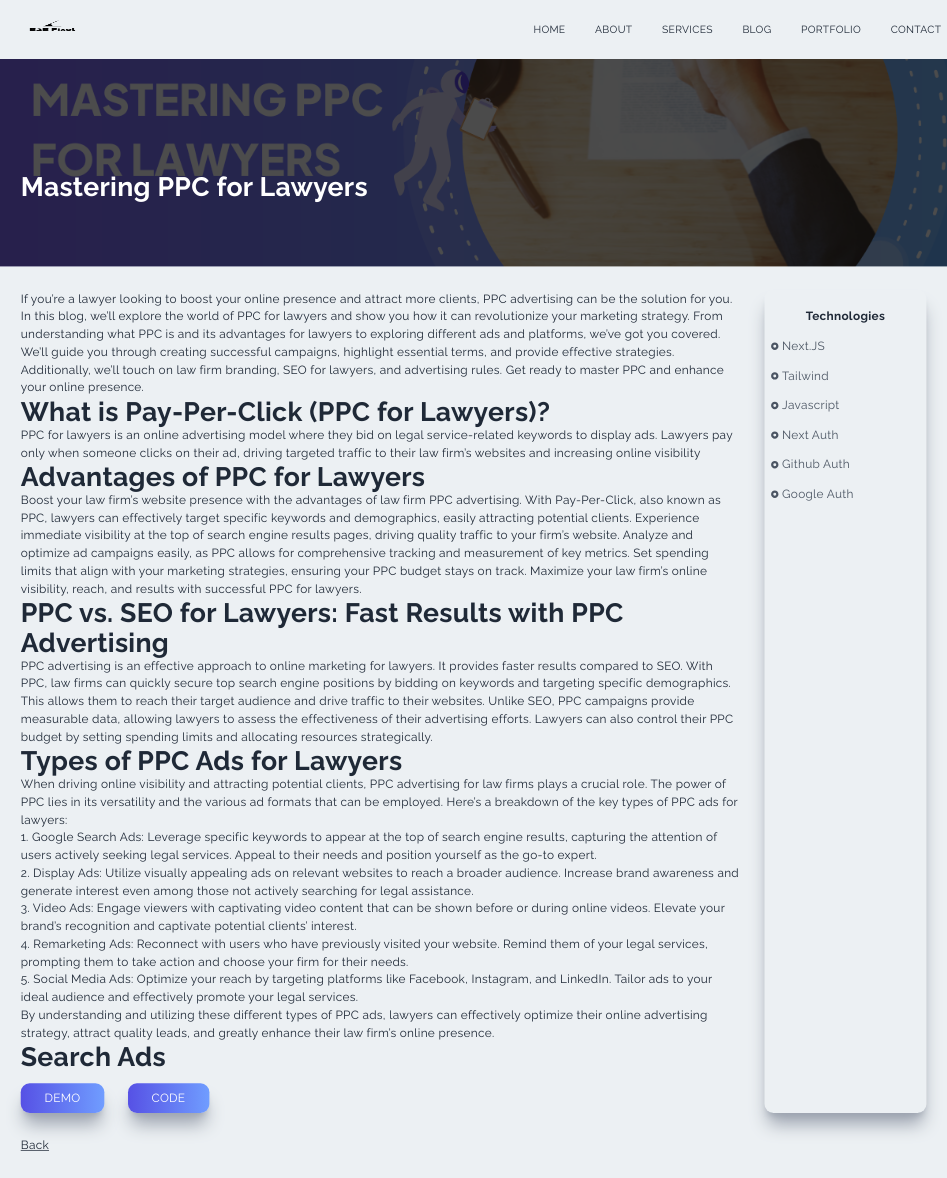
Repository: DID0101/nextjs.b2b
Page: /twitch
An editor plug-in stored every save of this project. The page is shown before and after the next save, followed by the edit.
The browser window is 1280 px wide. The pictures show the whole page, at 74% of full size.
The project was rebuilt for these pictures with package versions that can differ from the ones it lists, and the page was loaded fresh each time. The framework's server and built-in components were replaced by stand-ins that run in the browser. Also part of the build but not shown: next.config.js.

Above is the page before, as saved 2024-01-22 04:17:40.

### pages/twitch.jsx
import Image from 'next/image';
import React from 'react';
import twitchImg from '../public/assets/projects/twitch.jpg';
import { RiRadioButtonFill } from 'react-icons/ri';
import Link from 'next/link';

const twitch = () => {
  return (
    <div className='w-full'>
      <div className='w-screen h-[50vh] relative'>
        <div className='absolute top-0 left-0 w-full h-[50vh] bg-black/70 z-10' />
        <Image
          className='absolute z-1'
          layout='fill'
          objectFit='cover'
          src={twitchImg}
          alt='/'
        />
        <div className='absolute top-[70%] max-w-[1240px] w-full left-[50%] right-[50%] translate-x-[-50%] translate-y-[-50%] text-white z-10 p-2'>
          <h2 className='py-2'>Mastering PPC for Lawyers</h2>
          {/* <h3>Next JS / Tailwind / Next Auth</h3> */}
        </div>
      </div>

      <div className='max-w-[1240px] mx-auto p-2 grid md:grid-cols-5 gap-8 py-8'>
        <div className='col-span-4'>
          {/* <p>Project</p> */}
          {/* <h2>Overview</h2> */}
          <p>
          If you’re a lawyer looking to boost your online presence and attract more clients, PPC advertising can be the solution for you. In this blog, we’ll explore the world of PPC for lawyers and show you how it can revolutionize your marketing strategy. From understanding what PPC is and its advantages for lawyers to exploring different ads and platforms, we’ve got you covered. We’ll guide you through creating successful campaigns, highlight essential terms, and provide effective strategies. Additionally, we’ll touch on law firm branding, SEO for lawyers, and advertising rules. Get ready to master PPC and enhance your online presence.
          </p>
          <p> </p>
          <h2>What is Pay-Per-Click (PPC for Lawyers)?</h2>
          <p> </p>
          <p>PPC for lawyers is an online advertising model where they bid on legal service-related keywords to display ads. Lawyers pay only when someone clicks on their ad, driving targeted traffic to their law firm’s websites and increasing online visibility</p>
          <p></p>
          <h2>Advantages of PPC for Lawyers</h2>
          <p> </p>
          <p>Boost your law firm’s website presence with the advantages of law firm PPC advertising. With Pay-Per-Click, also known as PPC, lawyers can effectively target specific keywords and demographics, easily attracting potential clients. Experience immediate visibility at the top of search engine results pages, driving quality traffic to your firm’s website. Analyze and optimize ad campaigns easily, as PPC allows for comprehensive tracking and measurement of key metrics. Set spending limits that align with your marketing strategies, ensuring your PPC budget stays on track. Maximize your law firm’s online visibility, reach, and results with successful PPC for lawyers.</p>
          <p> </p>
            <h2>PPC vs. SEO for Lawyers: Fast Results with PPC Advertising</h2>
            <p></p>
            <p>PPC advertising is an effective approach to online marketing for lawyers. It provides faster results compared to SEO. With PPC, law firms can quickly secure top search engine positions by bidding on keywords and targeting specific demographics. This allows them to reach their target audience and drive traffic to their websites. Unlike SEO, PPC campaigns provide measurable data, allowing lawyers to assess the effectiveness of their advertising efforts. Lawyers can also control their PPC budget by setting spending limits and allocating resources strategically.</p>
            <p></p>
            <h2>Types of PPC Ads for Lawyers</h2>
            <p></p>
              <p>When driving online visibility and attracting potential clients, PPC advertising for law firms plays a crucial role. The power of PPC lies in its versatility and the various ad formats that can be employed. Here’s a breakdown of the key types of PPC ads for lawyers:</p>
            <p>1. Google Search Ads: Leverage specific keywords to appear at the top of search engine results, capturing the attention of users actively seeking legal services. Appeal to their needs and position yourself as the go-to expert.</p>
            <p>2. Display Ads: Utilize visually appealing ads on relevant websites to reach a broader audience. Increase brand awareness and generate interest even among those not actively searching for legal assistance.</p>
            <p>3. Video Ads: Engage viewers with captivating video content that can be shown before or during online videos. Elevate your brand’s recognition and captivate potential clients’ interest.</p>
            <p>4. Remarketing Ads: Reconnect with users who have previously visited your website. Remind them of your legal services, prompting them to take action and choose your firm for their needs.</p>
            <p>5. Social Media Ads: Optimize your reach by targeting platforms like Facebook, Instagram, and LinkedIn. Tailor ads to your ideal audience and effectively promote your legal services.</p>
            <p>By understanding and utilizing these different types of PPC ads, lawyers can effectively optimize their online advertising strategy, attract quality leads, and greatly enhance their law firm’s online presence.</p>
            <h2>Search Ads</h2>

          <a
            href='https://twitch-nextjs-tailwind.vercel.app/'
            target='_blank'
            rel='noreferrer'
          >
            <button className='px-8 py-2 mt-4 mr-8'>Demo</button>
          </a>
          <a
            href='https://github.com/fireclint/twitch-nextjs-tailwind'
            target='_blank'
            rel='noreferrer'
          >
            <button className='px-8 py-2 mt-4'>Code</button>
          </a>

        </div>
        <div className='col-span-4 md:col-span-1 shadow-xl shadow-gray-400 rounded-xl py-4'>
          <div className='p-2'>
            <p className='text-center font-bold pb-2'>Technologies</p>
            <div className='grid grid-cols-3 md:grid-cols-1'>
              <p className='text-gray-600 py-2 flex items-center'>
                <RiRadioButtonFill className='pr-1' /> Next.JS
              </p>
              <p className='text-gray-600 py-2 flex items-center'>
                <RiRadioButtonFill className='pr-1' /> Tailwind
              </p>
              <p className='text-gray-600 py-2 flex items-center'>
                <RiRadioButtonFill className='pr-1' /> Javascript
              </p>
              <p className='text-gray-600 py-2 flex items-center'>
                <RiRadioButtonFill className='pr-1' /> Next Auth
              </p>
              <p className='text-gray-600 py-2 flex items-center'>
                <RiRadioButtonFill className='pr-1' /> Github Auth
              </p>
              <p className='text-gray-600 py-2 flex items-center'>
                <RiRadioButtonFill className='pr-1' /> Google Auth
              </p>
            </div>
          </div>
        </div>
        <Link href='/#projects'>
          <p className='underline cursor-pointer'>Back</p>
        </Link>
      </div>
    </div>
  );
};

export default twitch;

### components/Navbar.jsx
import Image from 'next/image';
import Link from 'next/link';
import React, { useState, useEffect } from 'react';
import { AiOutlineClose, AiOutlineMail, AiOutlineMenu } from 'react-icons/ai';
import { FaGithub, FaLinkedinIn } from 'react-icons/fa';
import { BsFillPersonLinesFill } from 'react-icons/bs';
// import { useRouter } from 'next/router';
import NavLogo from '../public/assets/navLogo.png'

const Navbar = () => {
  const [nav, setNav] = useState(false);
  const [shadow, setShadow] = useState(false);
  const [navBg, setNavBg] = useState('#ecf0f3');
  const [linkColor, setLinkColor] = useState('#1f2937');
  // const [position, setPosition] = useState('fixed')
  // const router = useRouter();

  // useEffect(() => {
  //   if (
  //     router.asPath === '/property' ||
  //     router.asPath === '/crypto' ||
  //     router.asPath === '/netflix' ||
  //     router.asPath === '/twitch'
  //   ) {
  //     setNavBg('transparent');
  //     setLinkColor('#ecf0f3');
  //   } else {
  //     setNavBg('#ecf0f3');
  //     setLinkColor('#1f2937');
  //   }
  // }, [router]);

  const handleNav = () => {
    setNav(!nav);
  };

  useEffect(() => {
    const handleShadow = () => {
      if (window.scrollY >= 90) {
        setShadow(true);
      } else {
        setShadow(false);
      }
    };
    window.addEventListener('scroll', handleShadow);
  }, []);

  return (
    <div
      style={{ backgroundColor: `${navBg}` }}
      className={
        shadow
          ? 'fixed w-full h-20 shadow-xl z-[100] ease-in-out duration-300'
          : 'fixed w-full h-20 z-[100]'
      }
    >
      <div className='flex justify-between items-center w-full h-full px-2 2xl:px-16'>
        <Link href='/'>
          <a>
            <Image
              src={NavLogo}
              alt='/'
              width='125'
              height='50'
              className='cursor-pointer'
            />
          </a>
        </Link>
        <div>
          <ul style={{ color: `${linkColor}` }} className='hidden md:flex'>
            <li className='ml-10 text-sm uppercase hover:border-b'>
              <Link href='/'>Home</Link>
            </li>
            <li className='ml-10 text-sm uppercase hover:border-b'>
              <Link href='/#about'>About</Link>
            </li>
            <li className='ml-10 text-sm uppercase hover:border-b'>
              <Link href='/#skills'>Services</Link>
            </li>
            <li className='ml-10 text-sm uppercase hover:border-b'>
              <Link href='/#projects'>Blog</Link>
            </li>
            <li className='ml-10 text-sm uppercase hover:border-b'>
              <Link href='/resume'>Portfolio</Link>
            </li>
            <li className='ml-10 text-sm uppercase hover:border-b'>
              <Link href='/#contact'>Contact</Link>
            </li>
          </ul>
          {/* Hamburger Icon */}
          <div
            style={{ color: `${linkColor}` }}
            onClick={handleNav}
            className='md:hidden'
          >
            <AiOutlineMenu size={25} />
          </div>
        </div>
      </div>

      {/* Mobile Menu */}
      {/* Overlay */}
      <div
        className={
          nav ? 'md:hidden fixed left-0 top-0 w-full h-screen bg-black/70' : ''
        }
      >
        {/* Side Drawer Menu */}
        <div
          className={
            nav
              ? ' fixed left-0 top-0 w-[75%] sm:w-[60%] md:w-[45%] h-screen bg-[#ecf0f3] p-10 ease-in duration-500'
              : 'fixed left-[-100%] top-0 p-10 ease-in duration-500'
          }
        >
          <div>
            <div className='flex w-full items-center justify-between'>
              <Link href='/'>
                <a>
                  <Image
                    src={NavLogo}
                    width='87'
                    height='35'
                    alt='/'
                  />
                </a>
              </Link>
              <div
                onClick={handleNav}
                className='rounded-full shadow-lg shadow-gray-400 p-3 cursor-pointer'
              >
                <AiOutlineClose />
              </div>
            </div>
            <div className='border-b border-gray-300 my-4'>
              <p className='w-[85%] md:w-[90%] py-4'>
                Let&#39;s build something legendary together
              </p>
            </div>
          </div>
          <div className='py-4 flex flex-col'>
            <ul className='uppercase'>
              <Link href='/'>
                <li onClick={() => setNav(false)} className='py-4 text-sm'>
                  Home
                </li>
              </Link>
              <Link href='/#about'>
                <li onClick={() => setNav(false)} className='py-4 text-sm'>
                  About
                </li>
              </Link>
              <Link href='/#skills'>
                <li onClick={() => setNav(false)} className='py-4 text-sm'>
                  Skills
                </li>
              </Link>
              <Link href='/#projects'>
                <li onClick={() => setNav(false)} className='py-4 text-sm'>
                  Projects
                </li>
              </Link>
              <Link href='/resume'>
                <li onClick={() => setNav(false)} className='py-4 text-sm'>
                  Resume
                </li>
              </Link>
              <Link href='/#contact'>
                <li onClick={() => setNav(false)} className='py-4 text-sm text-[#ac4d5a]'>
                  Save My Spot
                </li>
              </Link>
            </ul>
            <div className='pt-40'>
              <p className='uppercase tracking-widest text-[#5651e5]'>
                Let&#39;s Connect
              </p>
              <div className='flex items-center justify-between my-4 w-full sm:w-[80%]'>
                <a
                  href='https://www.linkedin.com/in/clint-briley-50056920a/'
                  target='_blank'
                  rel='noreferrer'
                >
                  <div className='rounded-full shadow-lg shadow-gray-400 p-3 cursor-pointer hover:scale-105 ease-in duration-300'>
                    <FaLinkedinIn />
                  </div>
                </a>
                <a
                  href='https://github.com/fireclint'
                  target='_blank'
                  rel='noreferrer'
                >
                  <div className='rounded-full shadow-lg shadow-gray-400 p-3 cursor-pointer hover:scale-105 ease-in duration-300'>
                    <FaGithub />
                  </div>
                </a>
                <Link href='/#contact'>
                  <div
                    onClick={() => setNav(!nav)}
                    className='rounded-full shadow-lg shadow-gray-400 p-3 cursor-pointer hover:scale-105 ease-in duration-300'
                  >
                    <AiOutlineMail />
                  </div>
                </Link>
                <Link href='/resume'>
                  <div
                    onClick={() => setNav(!nav)}
                    className='rounded-full shadow-lg shadow-gray-400 p-3 cursor-pointer hover:scale-105 ease-in duration-300'
                  >
                    <BsFillPersonLinesFill />
                  </div>
                </Link>
              </div>
            </div>
          </div>
        </div>
      </div>
    </div>
  );
};

export default Navbar;

Loaded but not shown: pages/_app.js (common file); pages/_document.js (common file); styles/globals.css (common file); tailwind.config.js (common file)

After the next save:
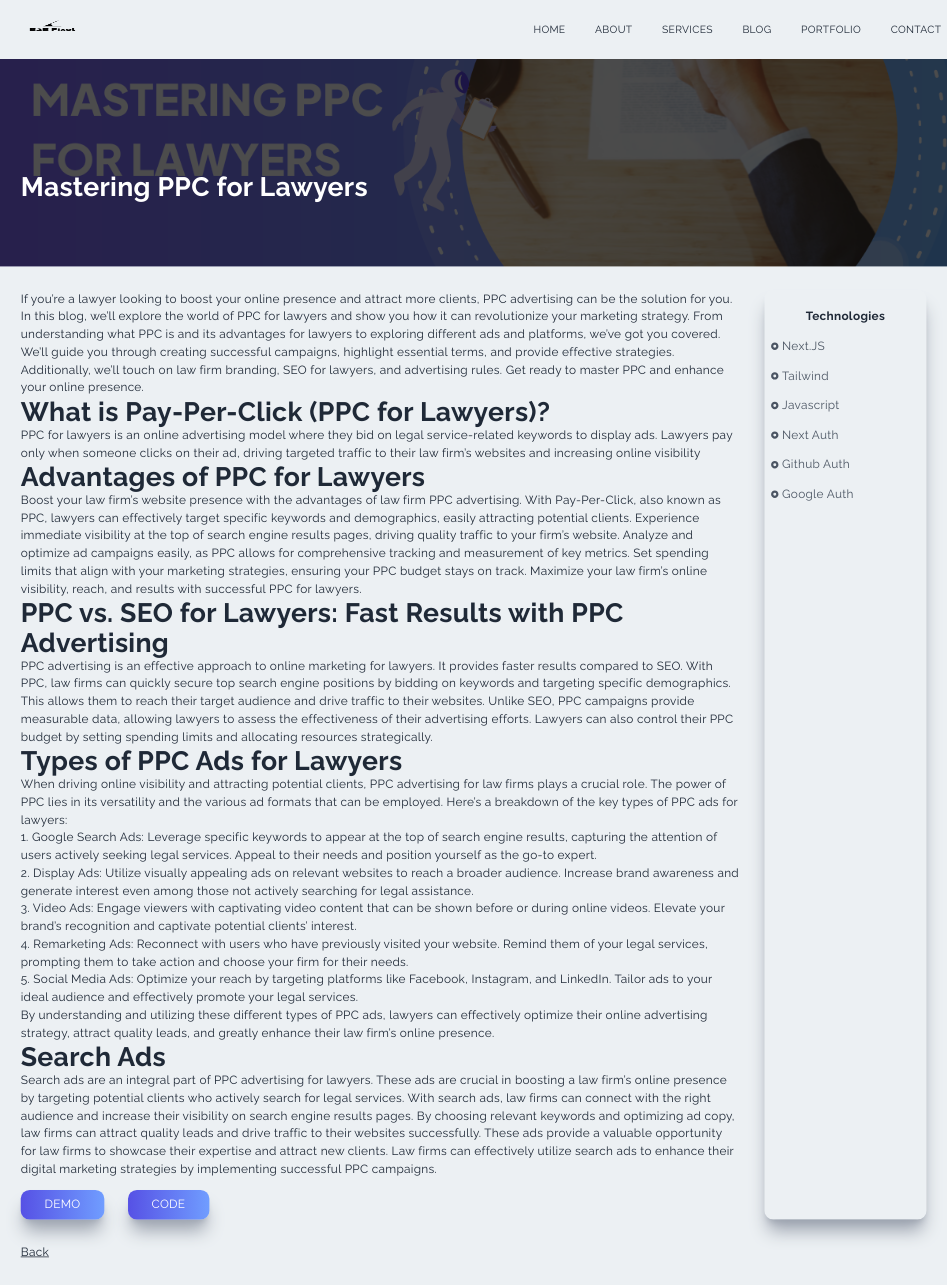
Saved 38 s later.
--- a/pages/twitch.jsx
+++ b/pages/twitch.jsx
@@ -52,6 +52,8 @@
             <p>5. Social Media Ads: Optimize your reach by targeting platforms like Facebook, Instagram, and LinkedIn. Tailor ads to your ideal audience and effectively promote your legal services.</p>
             <p>By understanding and utilizing these different types of PPC ads, lawyers can effectively optimize their online advertising strategy, attract quality leads, and greatly enhance their law firm’s online presence.</p>
             <h2>Search Ads</h2>
+            <p>Search ads are an integral part of PPC advertising for lawyers. These ads are crucial in boosting a law firm’s online presence by targeting potential clients who actively search for legal services. With search ads, law firms can connect with the right audience and increase their visibility on search engine results pages. By choosing relevant keywords and optimizing ad copy, law firms can attract quality leads and drive traffic to their websites successfully. These ads provide a valuable opportunity for law firms to showcase their expertise and attract new clients. Law firms can effectively utilize search ads to enhance their digital marketing strategies by implementing successful PPC campaigns.</p>
+
 
           <a
             href='https://twitch-nextjs-tailwind.vercel.app/'
